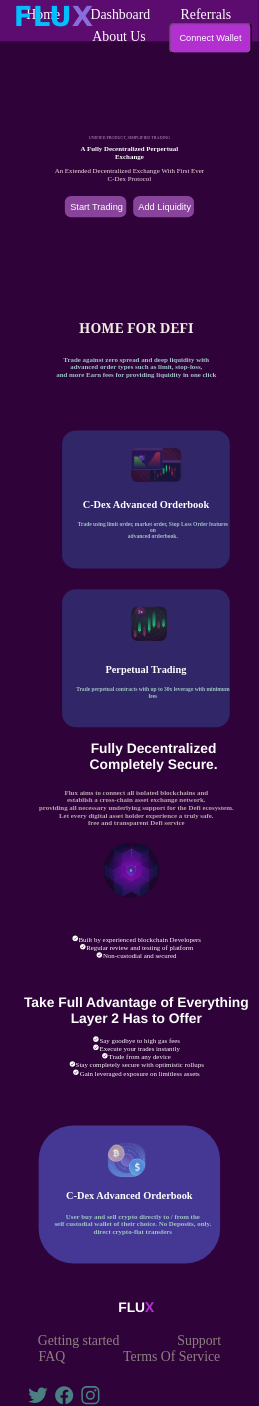
Repository: Tobby004/Flux-figma
Page: index.html
An editor plug-in stored every save of this project. The page is shown before and after the next save, followed by the edit.
The browser window is 375 px wide. The pictures show the whole page, at 69% of full size.

Above is the page before, as saved 2023-04-28 21:53:41.

After the next save:
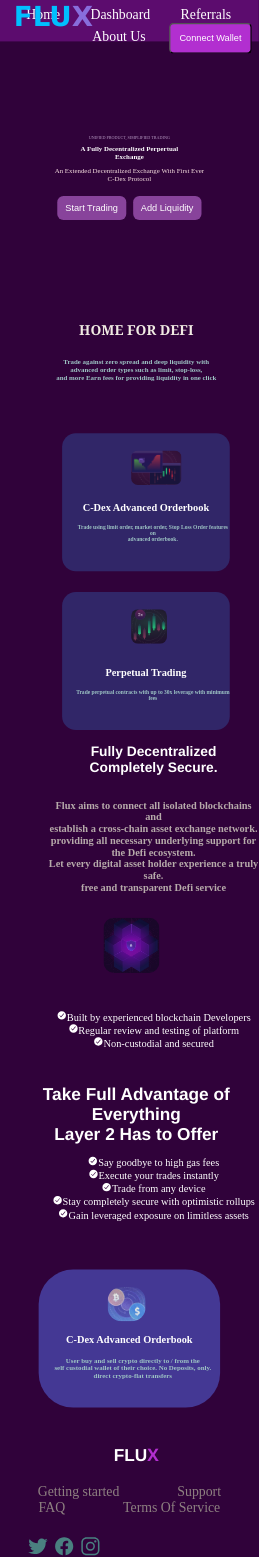
Saved 8 min 42 s later.
--- a/style.css
+++ b/style.css
@@ -146,7 +146,7 @@ section h1 {
 }
 section img{
     height: 350px;
-    border-radius: 45px;
+    border-radius: 15px;
     border: none;
    margin-left: 100px;
    margin-bottom: 50px;
@@ -243,10 +243,10 @@ icon1 {
 
  }
  input[type="button"]{
-    padding: 8px;
+    padding: 10px;
     display: flex;
     justify-content: center;
-    width: 25%;
+    width: 28%;
  }
 div h4 {
     font-size: 20px;
@@ -320,19 +320,18 @@ p {
     margin-top: 20px;
  }
  section h6 {
-    font-size: 10px;
-    text-align: center;
-    margin-left: 20px;
+    font-size: 15px;
+    text-align: center;
+
  }
  h1 {
-    font-size: 20px;
+    font-size: 25px;
     font-family: 'Franklin Gothic Medium', 'Arial Narrow', Arial, sans-serif;
     margin-left: 20px;
     text-align: center;
  }
  checkbox a {
-    font-size: 10px;
-    margin-left: 20px;
+    font-size: 15px;
     text-align: center;
  }
  .box3 {
